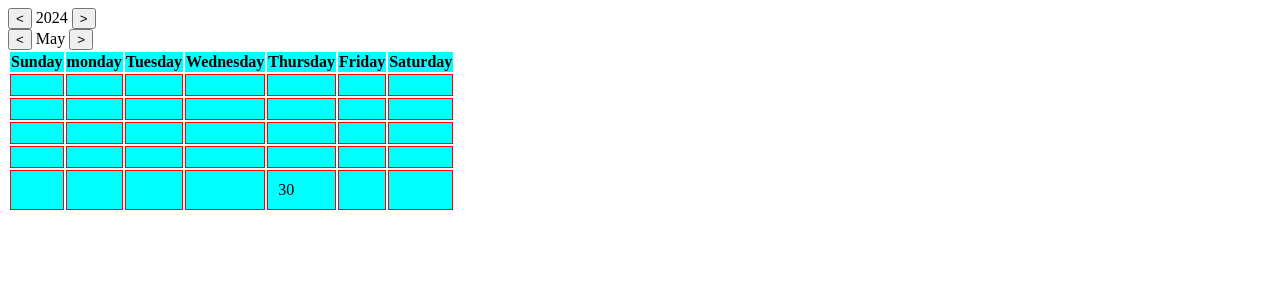
Repository: fateme81yosefi/calendar
Page: index.html
These files come from the project's save history. The page is drawn as it stood at one moment and after a run of saves; the edit follows.
The browser window is 1280 px wide. The pictures show the whole page.

Above is the page before, as saved 2024-05-30 14:11:51.

After the next 2 saves:
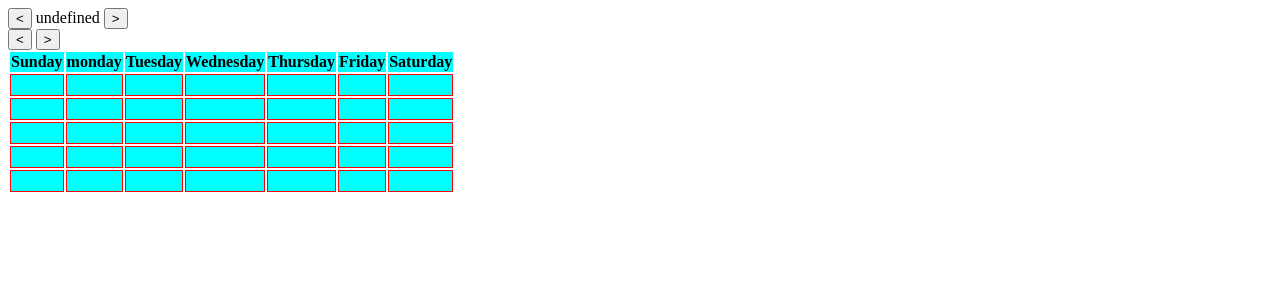
Console error: ReferenceError: b is not defined
The 2 saves are shown as one change because they came seconds apart.
The last was saved 10 s later.
--- a/scripts.js
+++ b/scripts.js
@@ -8,7 +8,7 @@
 
 
 
-function calculator() {
+function calculator(m , y , ) {
 
 
     document.getElementById("year").innerHTML = y

After the 4 saves that followed:
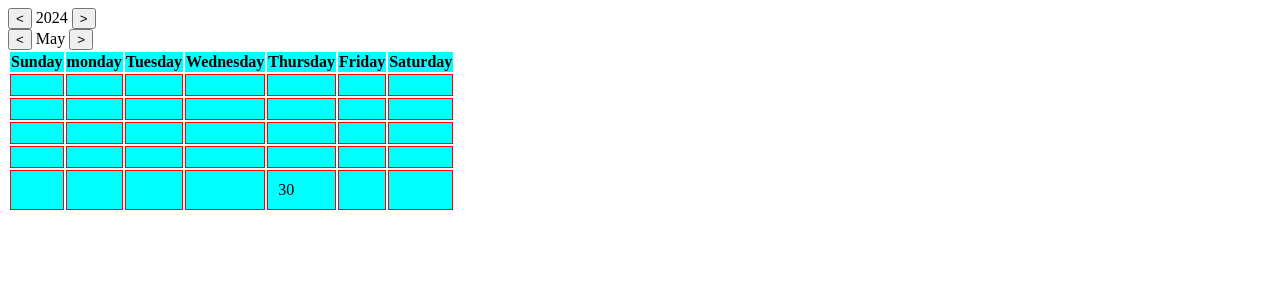
The error is gone.
The 4 saves are shown as one change because 3 left the picture as it was.
The last was saved 3 min 24 s later.
--- a/scripts.js
+++ b/scripts.js
@@ -3,12 +3,12 @@
 y = d.getFullYear()
 day = d.getDate()
 weekday = d.getDay()
-
 weekday++
 
 
 
-function calculator(m , y , ) {
+
+function calculator(m , y , day , weekday) {
 
 
     document.getElementById("year").innerHTML = y
@@ -63,4 +63,4 @@
 
 }
 
-calculator()
+calculator(m , y , day , weekday)
